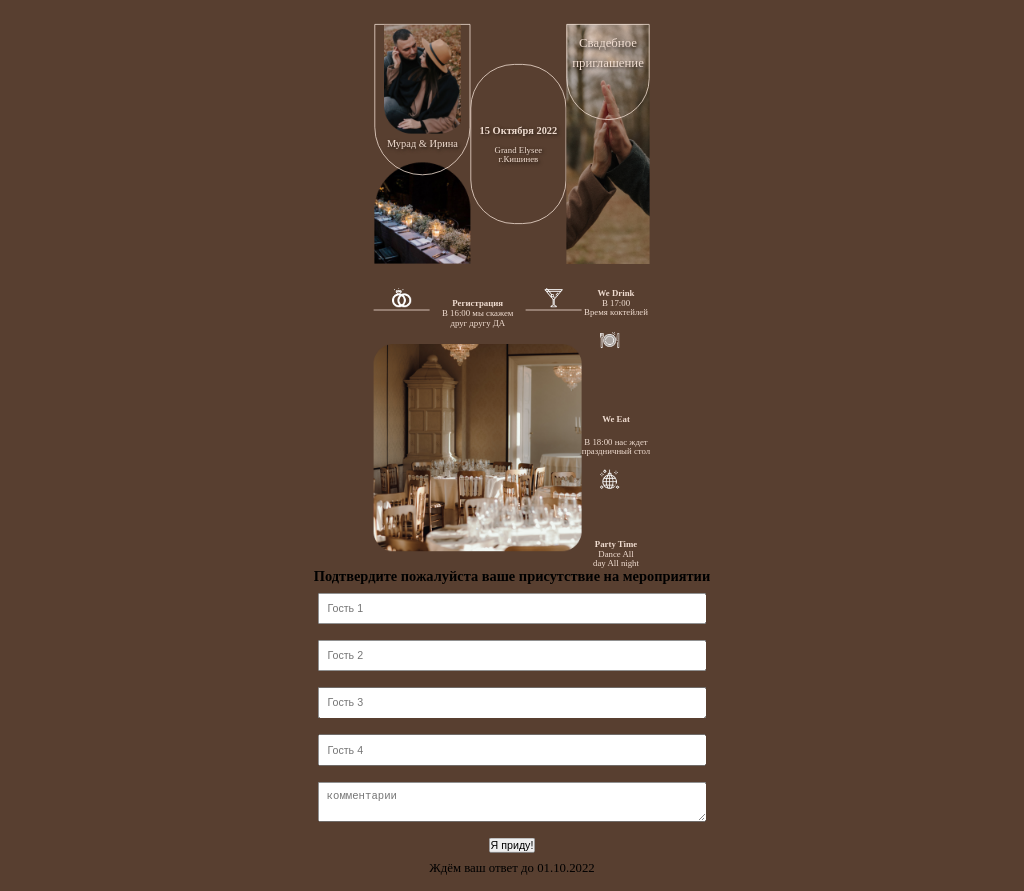
Repository: Anthony8845/wedding_invitation
Page: index.html
The author's editor kept a copy of each file at every save. The page is drawn from the files as they stood at one save, then again after a run of saves.
The browser window is 1280 px wide. The pictures show the whole page, at 80% of full size.

Above is the page before, as saved 2022-07-29 19:08:32.

### index.html
<!DOCTYPE html>
<html lang="en">
<head>
    <meta charset="UTF-8">
    <meta http-equiv="X-UA-Compatible" content="IE=edge">
    <meta name="viewport" content="width=device-width, user-scalable=yes">
    <link rel="stylesheet" href="./style.css">
    <!-- <script src="./script.js"></script> -->
    <title>Приглашение на свадьбу</title>
</head>
<body>

    <div class="invitation">
        <div class="info">
            <div class="info_block">
                <div class="info_border">
                    <div class="info_img-u"></div>
                    <div class="info_name">Мурад & Ирина</div>
                </div>
                <div class="info_img-d"></div>
            </div>
            <div class="info__block">
                <div class="block__data">
                    <div class="info_timer"></div>
                    <div class="info_date">
                        <h4>15 Октября 2022</h4>
                        <p>Grand Elysee <br>
                            г.Кишинев</p>
                    </div>
                </div>
            </div>
            <div class="info__block">
                <div class="info_invitation">Свадебное<br>приглашение</div>
                <div class="info_img-r"></div>
            </div>

        </div>
        <div class="timetable">
            <div class="timetable_block">
                <div class="block_icon">
                    <div class="icon_reg icon"></div>
                    <div class="line_icon-d"></div>
                </div>
                <div class="block_reg">
                    <h4>Регистрация</h4>
                    <p>В 16:00 мы скажем <br> друг другу ДА</p>
                </div>
                <div class="block_icon">
                    <div class="icon_drink icon"></div>
                    <div class="line_icon-d"></div>
                </div>

            </div>
            <div class="timetable_block">
                <div class="img_table"></div>
            </div>
            <div class="timetable_block">
                <div class="block_drink">
                    <h4>We Drink</h4>
                    <p>В 17:00<br> Время коктейлей</p>
                </div>
                <div class="block_icon">
                    <div class="icon_eat icon"></div>
                    <div class="line_icon-l"></div>
                </div>

                <div class="block_eat"></div>
                    <h4>We Eat</h4>
                    <p>В 18:00 нас ждет <br> праздничный стол</p>
                    <div class="block_icon">
                        <div class="icon_party icon"></div>
                        <div class="line_icon-l"></div>
                    </div>

                <div class="block_party">
                    <h4>Party Time</h4>
                    <p>Dance All<br> day All night</p>
                </div>
            </div>
        </div>
        <div class="thanks">
            <div></div>
            <div></div>
            <div></div>
        </div>
        <form class="form"  action="mail.php"  method="POST" >
            <h2 class="form__header">Подтвердите пожалуйста ваше присутствие на мероприятии</h2>
            <input class="form__input_item" type="text" name="Guest1" placeholder="Гость 1">
            <input class="form__input_item" type="text" name="Guest2" placeholder="Гость 2">
            <input class="form__input_item" type="text" name="Guest3" placeholder="Гость 3">
            <input class="form__input_item" type="text" name="Guest4" placeholder="Гость 4">
            <textarea class="form__comment" name="Comment" placeholder="комментарии"></textarea>
            <button class="form__btn">Я приду!</button>
        </form>
        <div class="footer">Ждём ваш ответ до 01.10.2022</div>
    </div>
</body>
</html>

### style.css
* {
    box-sizing: border-box;
    margin: 0;
    padding: 0;
}

body{
    /* position: relative; */
    padding: 20px 0;
    background-color: rgb(88, 63, 48);
}



.invitation {
    display: flex;
    flex-direction: column;
    align-items: center;
}
.info {
    color: rgb(240, 221, 209);
    display: flex;
    justify-content: space-between;
    align-items: center;
    text-align: center;
    text-shadow: 2px 2px 4px rgb(44, 32, 24);
    margin: 10px 3% 30px 3%;
}
.info_block {
    width: 120px;
    height: 300px;

}
.info_border {
    width: 120px;
    position: absolute;
    border: 1px solid rgb(240, 221, 209);
    padding-bottom: 30px;
    border-radius: 0 0 60px 60px;

}
.info_img-u {
    width: 103px;
    height: 136px;
    background: url(./img/IMG_2.png) no-repeat;
    margin-left: auto;
    margin-right: auto;
    width: 6em;
    margin-bottom: 5px;


}
.info_name {
    font-size: 13px;
}
.info_img-d {
    margin-top: 173px;
    width: 120px;
    height: 127px;
    background: url(./img/Image.png) no-repeat;
}

.info_img-r {
    width: 104px;
    height: 300px;
    background: url(./img/IMG_104-300.png);
}

.block__data {
    display: table-cell;
    vertical-align: middle;
    width: 120px;
    height: 200px;
    border: 1px solid rgb(240, 221, 209);
    border-radius: 55px;
}


.info_timer {

}

.info_date {
    font-size: 11px;
}
.info_date h4 {
    font-size: 13px;
    padding-bottom: 10px;
}

.info_invitation{
    width: 104px;
    height: 120px;
    position: absolute;
    border: 1px solid rgb(240, 221, 209);
    border-radius: 0 0 60px 60px;
    padding-top: 10px;
    line-height: 25px;
}

.icon {
    width: 24px;
    height: 24px;
}

.block_icon{
    padding: 0 0 0 23px;
    width: 70px;
    height: 70px;
}

.line_icon-d{
    width: 70px;
    position: relative;
    right: 23px;
    padding-top: 3px;
    border-bottom: 1px solid rgb(240, 221, 209);
}
.line_icon-l{

}

.timetable {
    /* margin: 0 3%; */
    font-size: 11px;
    color: rgb(240, 221, 209);
    max-width: 390px;
    height: 350px;
    display: flex;
    flex-direction: column;
    flex-wrap: wrap;

}
.timetable_block {
    text-align: center;
    max-width: 260px;
    display: flex;
    justify-content: space-between;
}

.timetable_block:last-child {
    height: 350px;
    display: flex;
    flex-direction: column;
    justify-content: space-between;
}

.icon_reg {

    background: url(./img/wedding-rings.png) no-repeat ;
    background-size: contain;
}
.block_reg {
   padding-top: 5%;
}
.icon_drink {

    background: url(./img/martini.png) no-repeat;
    background-size: contain;
}
.img_table {
    width: 260px;
    height: 259px;
    background: url(./img/interior.png);
}
.block_drink {
}
.icon_eat {
    background: url(./img/dish.png) no-repeat;
    background-size: contain;
}
.block_eat {
}
.icon_party {
    background: url(./img/mirror-ball.png);
    background-size: contain;
}
.block_party {
}





.form {

    text-align: center;
    margin: 0 10%;

    display: flex;
    flex-direction: column;

}

.form::after {
    content: '';
    position: absolute;
    top: 0;
    left: 0;
    width: 100%;
    height: 100%;
    background: #767676 url(./img/heart.gif) center /50px no-repeat;
    opacity: 0;
    visibility: hidden;
}

.form._sending::after {
    opacity: 0.8;
    visibility: visible;
}


.form__header {
    font-size: 18px;
}

.form__input_item {
    margin: 10px 5px;
    padding: 10px 10px;

}

.form__comment {
    padding: 10px 10px;
    margin: 10px 5px;
    resize: vertical;
    height: 50px;
}

.form__btn {
    margin: 0 auto;
    margin-top: 10px;
    max-width: 70px;
}

.footer {
    margin-top: 10px;
    text-align: center;
}

After the next 2 saves:
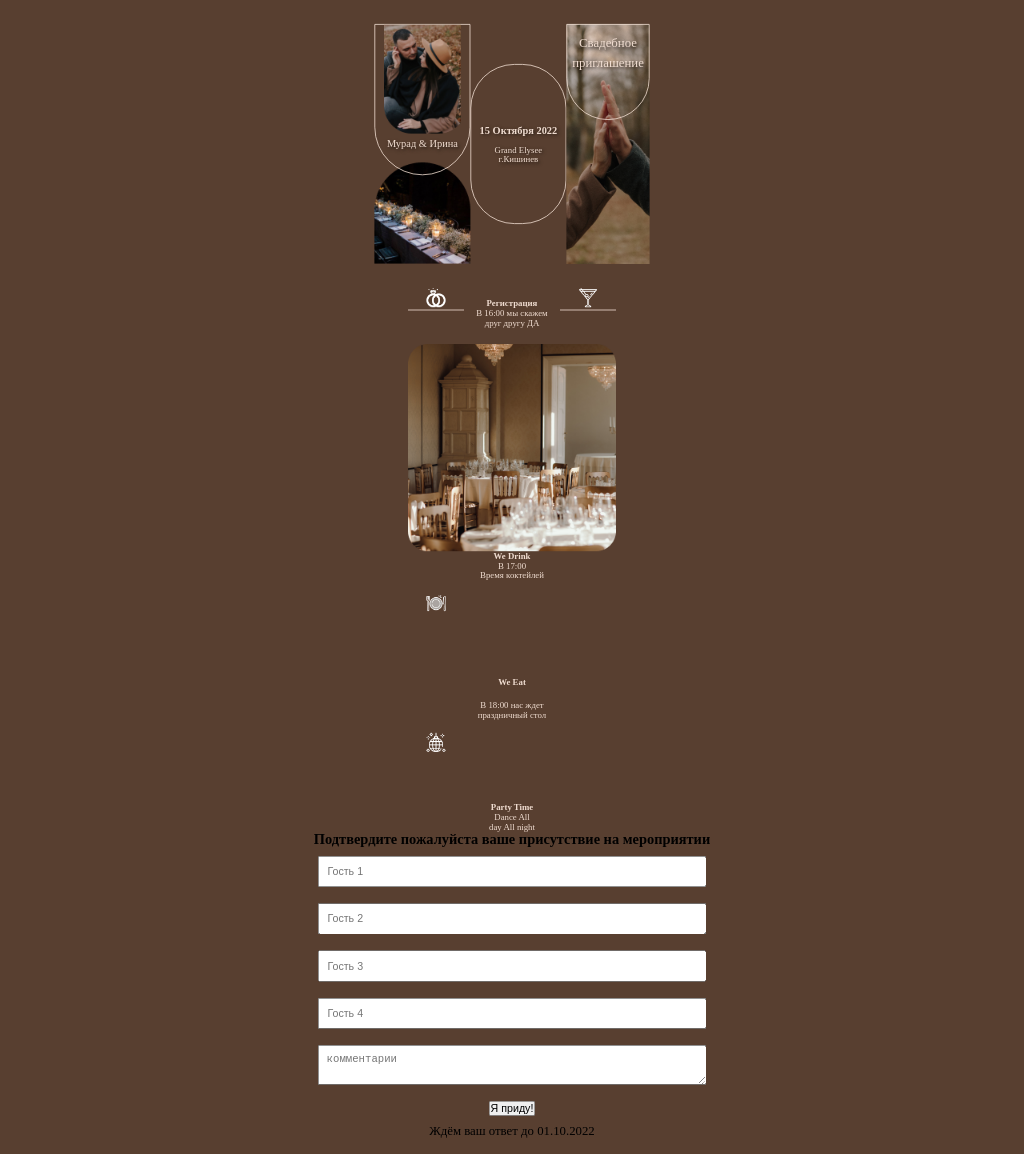
The 2 saves are shown as one change because they came seconds apart.
The last was saved 8 s later.
--- a/style.css
+++ b/style.css
@@ -124,8 +124,8 @@
     /* margin: 0 3%; */
     font-size: 11px;
     color: rgb(240, 221, 209);
-    max-width: 390px;
-    height: 350px;
+    /* max-width: 390px; */
+    /* height: 350px; */
     display: flex;
     flex-direction: column;
     flex-wrap: wrap;

After the save that followed:
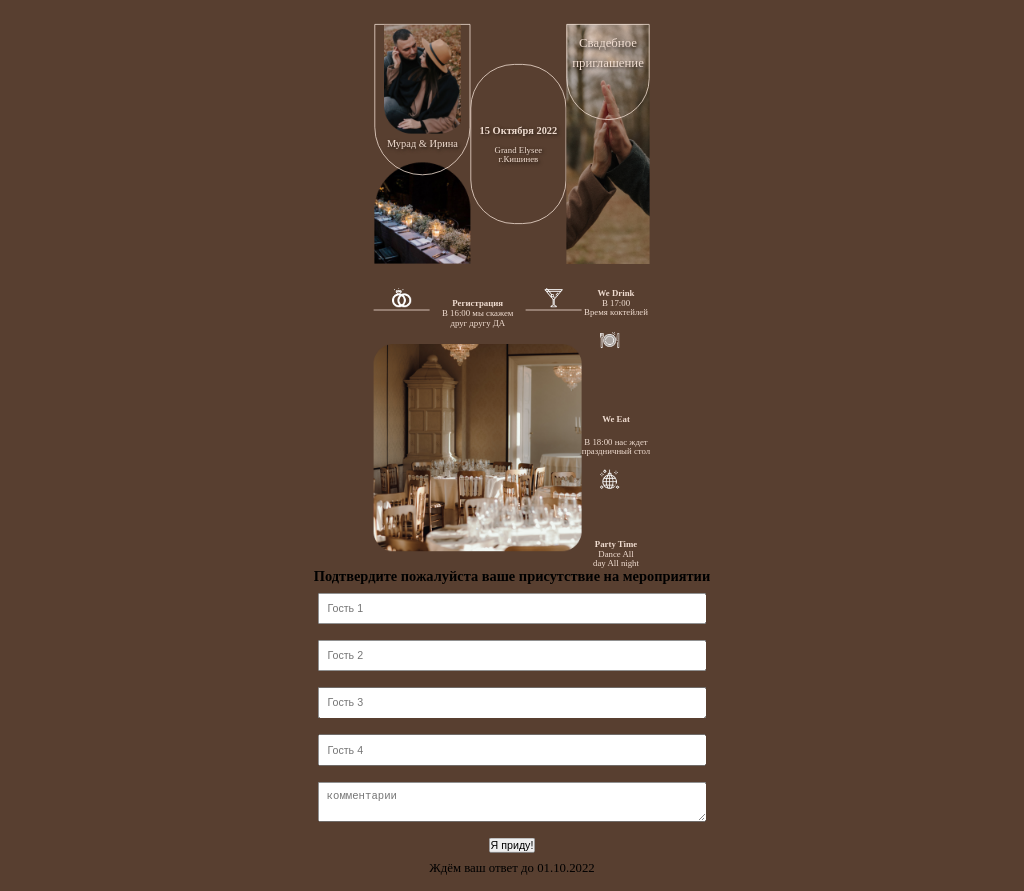
Saved 10 s later.
--- a/style.css
+++ b/style.css
@@ -125,7 +125,7 @@
     font-size: 11px;
     color: rgb(240, 221, 209);
     /* max-width: 390px; */
-    /* height: 350px; */
+    height: 350px;
     display: flex;
     flex-direction: column;
     flex-wrap: wrap;
